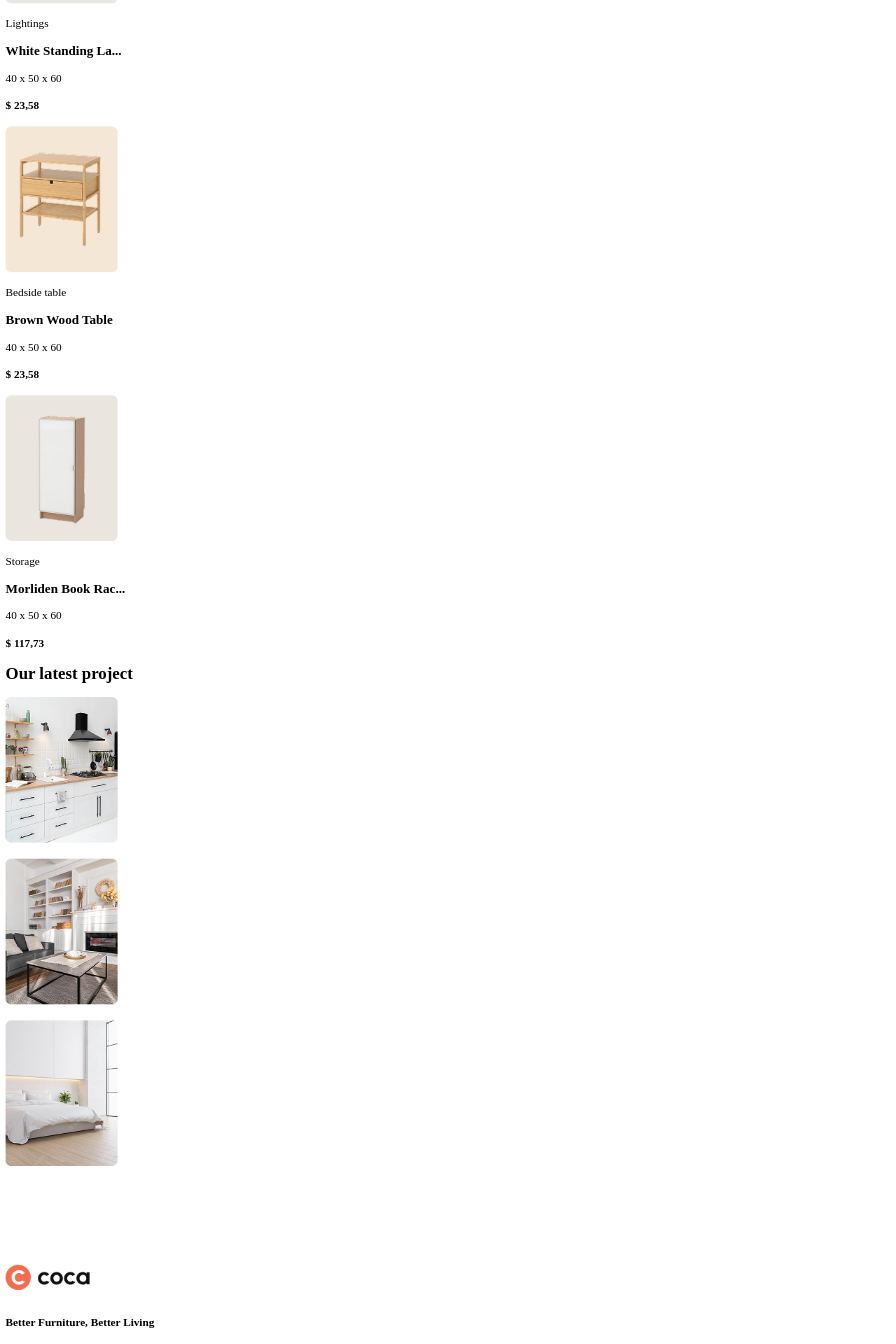
Repository: MatheusEich15/FrontEnd
Page: Prova 1 FrontEnd/Prova 1 FrontEnd/index.html
These files come from the project's save history. The page is drawn as it stood at one moment and after the next save; the edit follows.
The browser window is 1280 px wide. The pictures show the part of the page from y = 2584 to 4504 px (the page is 4504 px tall before and 4431 px after), at 70% of full size.

Above is the page before, as saved 2026-03-12 10:13:56.

### Prova 1 FrontEnd/Prova 1 FrontEnd/index.html
<!DOCTYPE html>

<html lang="en">

<head>
    <meta charset="UTF-8">
    <meta name="viewport" content="width=device-width, initial-scale=1.0">
    <title>Coca</title>
    <link rel="stylesheet" href="style.css">
    <!--  -->
</head>

<body>

    <header>

        <div id="links-header"> <!-- div para links do lado esquerdo -->
            <div id="logo-header"><img src="./assets/images/Logo images/Logo.png" alt="Logo"></div>
            <nav>
                <ul>
                    <li><a href="#"><span>About</span></a></li>
                    <li><a href="#">Blog</a></li>
                    <li><a href="#">Contact</a></li>
                </ul>
            </nav>
        </div>
        <div id="btn-header"> <!-- div para links do lado direito -->
            <a id="sign-in-btn" href="#">Sign In</a>
            <button><img src="./assets/icons/Menu.png" alt="Menu"></button>
        </div>

    </header>

    <main>

        <section id="introduction"> <!-- Introdução ao site -->
            <div id="introduction-content">
                <h3>Explore any kind of furnitures</h3>
                <h1>Better Furniture <br>
                    Better Living</h1>
                <div id="introduction-btn">
                    <a href="#">Check our projects</a>
                    <div id="right-arrow"><img src="./assets/icons/Short Right Arrow.png" alt="Seta"></div>
                </div>
            </div>
        </section>

        <section id="about"> <!-- Sobre o site -->
            <div class="title">
                <h2>What we provide</h2>
            </div>
            <div id="about-items"> <!-- Informações básicas -->
                <div class="about-item">
                    <img src="./assets/icons/Home.png" alt="Ícone de Home">
                    <h3>10 years of experience <br>
                        in furniture business</h3>
                    <p>We’re already established since 2012, and <br>
                        in 10 years we have lots of positive <br>
                        reviews and achievements</p>
                    <div>
                        <a href="#">See more</a>
                        <img src="./assets/icons/Normal Right Arrow.png" alt="Seta">
                    </div>
                </div>
                <div class="about-item">
                    <img src="./assets/icons/Credit Card.png" alt="Ícone de Cartão de Crédito">
                    <h3>Afforable price with <br>
                        world class quality</h3>
                    <p>Our craftsmen have lots of experience <br>
                        dealing with crafting furnitures and some <br>
                        of them have world class quality</p>
                    <div>
                        <a href="#">See more</a>
                        <img src="./assets/icons/Normal Right Arrow.png" alt="Seta">
                    </div>
                </div>
                <div class="about-item">
                    <img src="./assets/icons/Thumbs Up.png" alt="Ícone de Polegares Para Cima">
                    <h3>Bring your ideas into <br>
                        a living product</h3>
                    <p>Besides you can buy the existing product, <br>
                        you can also consultate with us also to <br>
                        make your dream furniture</p>
                    <div>
                        <a href="#">See more</a>
                        <img src="./assets/icons/Normal Right Arrow.png" alt="Seta">
                    </div>
                </div>
            </div>
        </section>

        <section id="products"> <!-- Produtos disponíveis -->
            <div class="title">
                <h2>Best seller products</h2>
                <div id="title-btn">
                    <img src="./assets/icons/Normal Left Arrow Sells.png" alt="Seta">
                    <img src="./assets/icons/Normal Right Arrow Sells.png" alt="Seta">
                </div>
            </div>
            <div id="products-items">
                <div class="product-item">
                    <img src="./assets/images/Products images/Cream Office Chair.png" alt="Cadeira de Escritório Cor Creme">
                    <p>Office chair</p>
                    <h3>Cream Office Chair</h3>
                    <p>40 x 50 x 60</p>
                    <h4>$ 50,00</h4>
                </div>
                <div class="product-item">
                    <img src="./assets/images/Products images/Celestra Grey Cabi.png" alt="Armário Pequeno Cor Cinza e Branco">
                    <p>Storage</p>
                    <h3>Celestra Grey Cabi...</h3>
                    <p>40 x 50 x 60</p>
                    <h4>$ 35,05</h4>
                </div>
                <div class="product-item">
                    <img src="./assets/images/Products images/Fejka Artificial Plant.png" alt="Planta Artificial em Vaso Cor Cinza">
                    <p>Decoration</p>
                    <h3>Fejka Artificial Plant</h3>
                    <p>40 x 50 x 60</p>
                    <h4>$ 5,00</h4>
                </div>
                <div class="product-item">
                    <img src="./assets/images/Products images/White Standing La.png" alt="Luminária Cor Branca">
                    <p>Lightings</p>
                    <h3>White Standing La...</h3>
                    <p>40 x 50 x 60</p>
                    <h4>$ 23,58</h4>
                </div>
                <div class="product-item">
                    <img src="./assets/images/Products images/Brown Wood Table.png" alt="Mesa de Madeira Cor Marrom">
                    <p>Bedside table</p>
                    <h3>Brown Wood Table</h3>
                    <p>40 x 50 x 60</p>
                    <h4>$ 23,58</h4>
                </div>
                <div class="product-item">
                    <img src="./assets/images/Products images/Morliden Book Rac.png" alt="Armário Médio Moderno Cor Branca">
                    <p>Storage</p>
                    <h3>Morliden Book Rac...</h3>
                    <p>40 x 50 x 60</p>
                    <h4>$ 117,73</h4>
                </div>
            </div>
        </section>

        <section id="projects">
            <div class="title">
                <h2><span>Our latest project</span></h2>
            </div>
            <div id="projects-items">
                <div class="project-item">
                    <img src="./assets/images/Projects images/Kitchen.png" alt="Demonstração de Cozinha">
                    <h3></h3>
                    <p></p>
                </div>
                <div class="project-item">
                    <img src="./assets/images/Projects images/Livingroom.png" alt="Demonstração de Sala de Estar">
                    <h3></h3>
                    <p></p>
                </div>
                <div class="project-item">
                    <img src="./assets/images/Projects images/Bedroom.png" alt="Demonstração de Quarto">
                    <h3></h3>
                    <p></p>
                </div>
                <div class="project-item">
                    <img src="" alt="">
                    <h3></h3>
                    <p></p>
                </div>
                <div class="project-item">
                    <img src="" alt="">
                    <h3></h3>
                    <p></p>
                </div>
                <div class="project-item">
                    <img src="" alt="">
                    <h3></h3>
                    <p></p>
                </div>
            </div>
        </section>

        <section id="news">

        </section>

        <section id="testimonials">

        </section>

    </main>

    <footer>

        <div id="footer-top"> <!-- Parte superior à divisória do footer -->
            <div id="logo-footer"><img src="./assets/images/Logo images/Logo.png" alt="Logo"></div>
            <div><h4>Better Furniture, Better Living</h4></div>
            <div id="footer-contact">

            </div>
            <div id="footer-website">

            </div>
            <div id="footer-products">

            </div>
        </div>
        <div id="footer-bottom"> <!-- Parte inferior à divisória do footer -->
            <div id="copyrights">

            </div>
            <div id="footer-policy">

            </div>
            <div id="footer-media">

            </div>
        </div>

    </footer>

</body>

</html>

### Prova 1 FrontEnd/Prova 1 FrontEnd/style.css
@import url('https://fonts.googleapis.com/css2?family=Inter:ital,opsz,wght@0,14..32,100..900;1,14..32,100..900&family=Poppins:ital,wght@0,100;0,200;0,300;0,400;0,500;0,600;0,700;0,800;0,900;1,100;1,200;1,300;1,400;1,500;1,600;1,700;1,800;1,900&family=Raleway:ital,wght@0,100..900;1,100..900&display=swap');

After the next save:
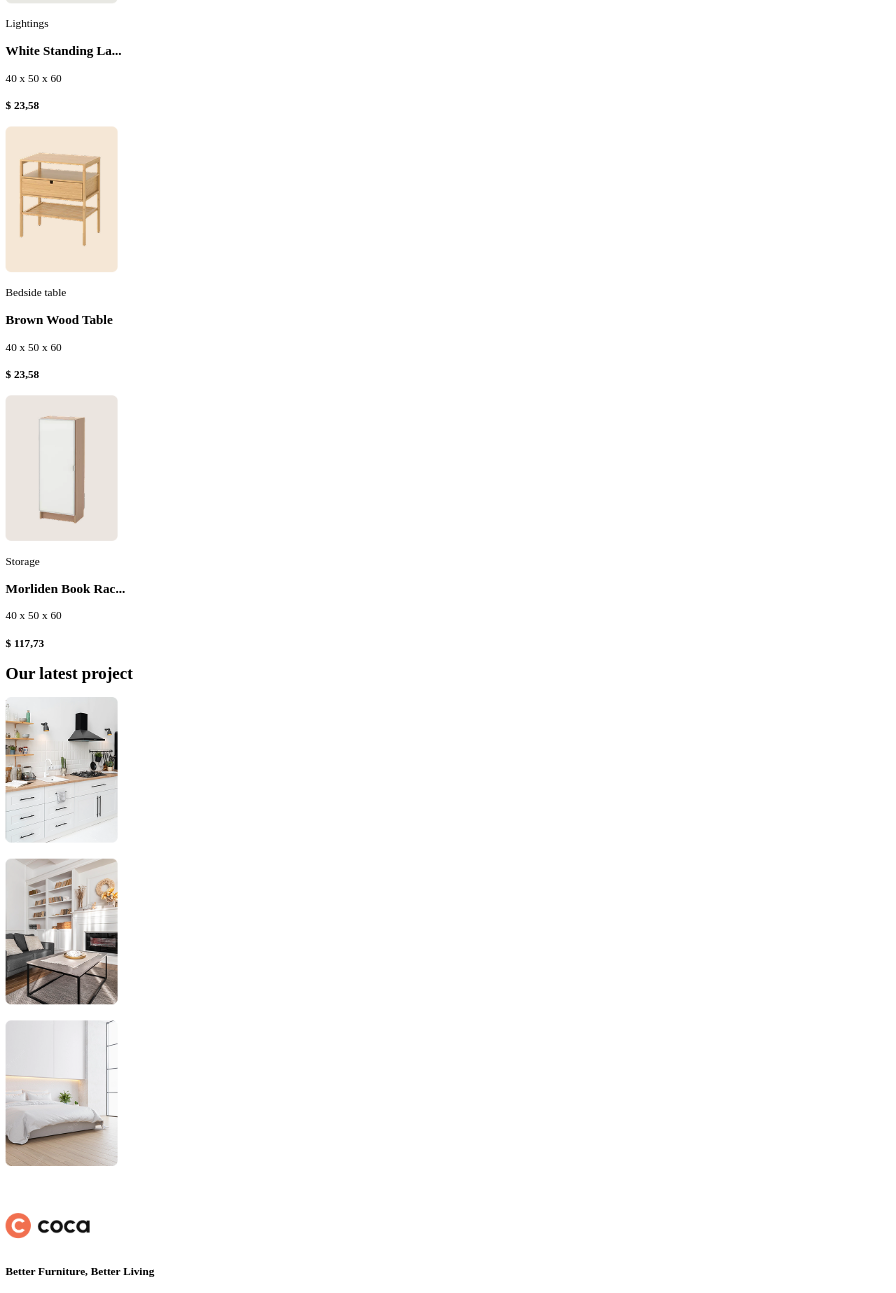
Saved 9 s later.
--- a/Prova 1 FrontEnd/Prova 1 FrontEnd/index.html
+++ b/Prova 1 FrontEnd/Prova 1 FrontEnd/index.html
@@ -168,16 +168,6 @@
                     <h3></h3>
                     <p></p>
                 </div>
-                <div class="project-item">
-                    <img src="" alt="">
-                    <h3></h3>
-                    <p></p>
-                </div>
-                <div class="project-item">
-                    <img src="" alt="">
-                    <h3></h3>
-                    <p></p>
-                </div>
             </div>
         </section>
 
